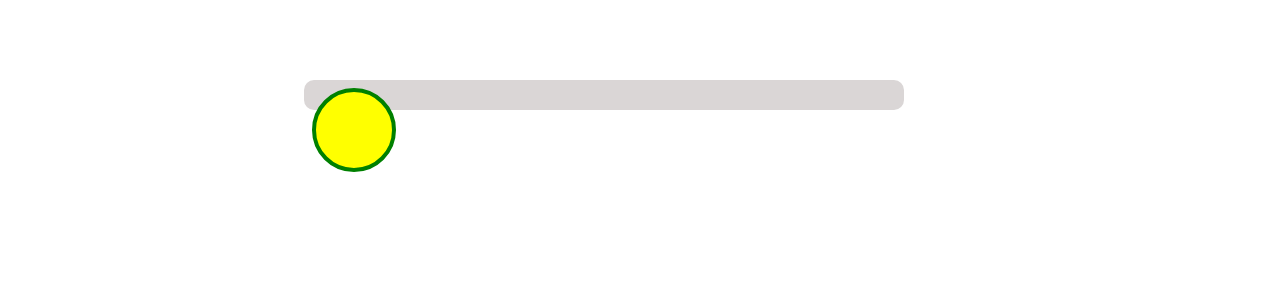
Repository: Gaj123-coder/emoji-search-app
Page: /
The author's editor kept a copy of each file at every save. The page is drawn from the files as they stood at one save, then again after the next save.
The browser window is 1280 px wide. The pictures show the whole page.
The project was rebuilt for these pictures with package versions that can differ from the ones it lists, and the page was loaded fresh each time.

Above is the page before, as saved 2021-10-30 12:54:01.

After the next save:
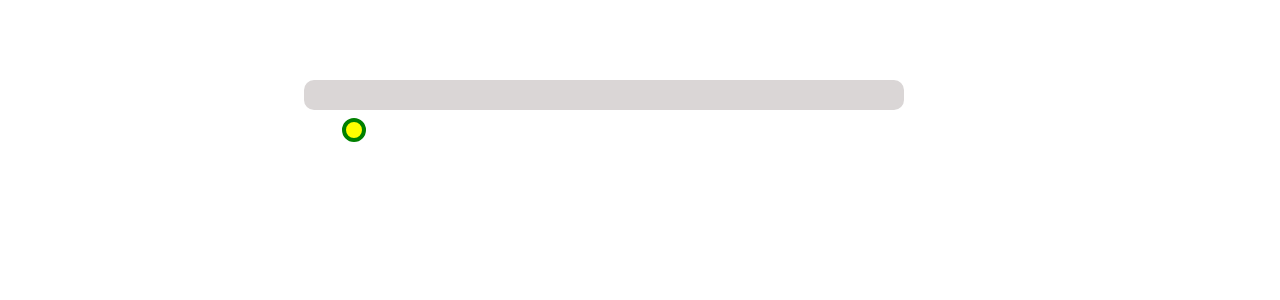
Saved 7 s later.
--- a/src/App.js
+++ b/src/App.js
@@ -5,7 +5,7 @@ function App() {
     <div className="dec">
       <div>
         <svg width="100px" height="100px">
-          <circle cx="50" cy="50" r="40" stroke="green" strokeWidth="4px"fill="yellow"/>
+          <circle cx="50" cy="50" r="10" stroke="green" strokeWidth="4px"fill="yellow"/>
         </svg>
       </div>
     </div>
